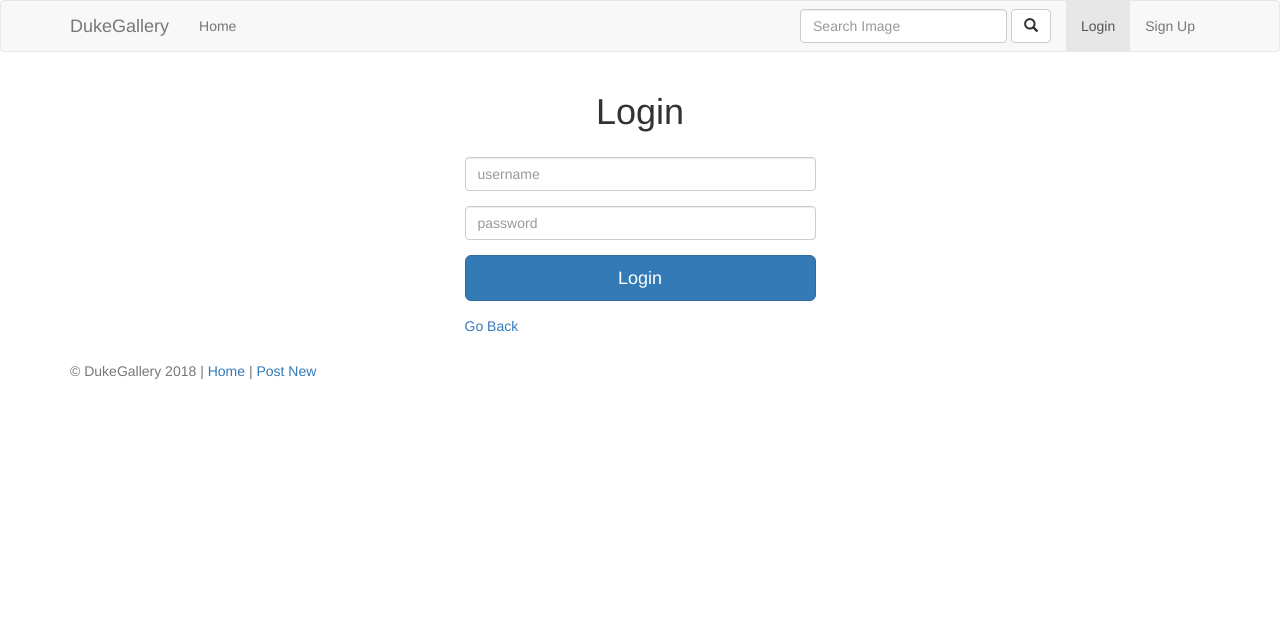
Repository: zhangsi929/Duke_gallery
Page: http://localhost/login
The author's editor kept a record of every edit. The page is drawn from the files as they stood at one moment, then again after the next edit.
The browser window is 1280 px wide. The pictures show the whole page.
Some web libraries are served in a nearby version. The page is served by the project's Node server (app.js).

Above is the page before.

After the next edit:
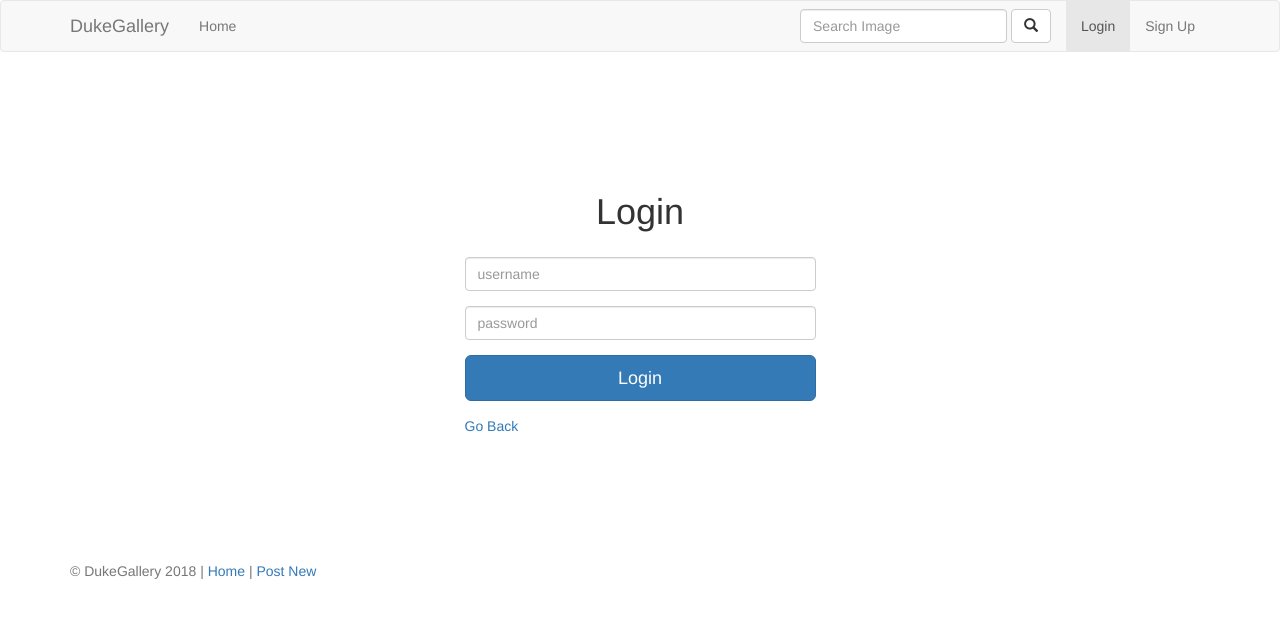
The edit:
--- a/views/partials/header.ejs
+++ b/views/partials/header.ejs
@@ -57,4 +57,4 @@
             <% } %>
         </div>
         <!--, style="margin: 100px auto;"-->
-        <div class="container">
+        <div class="container", style="margin: 100px auto;">
